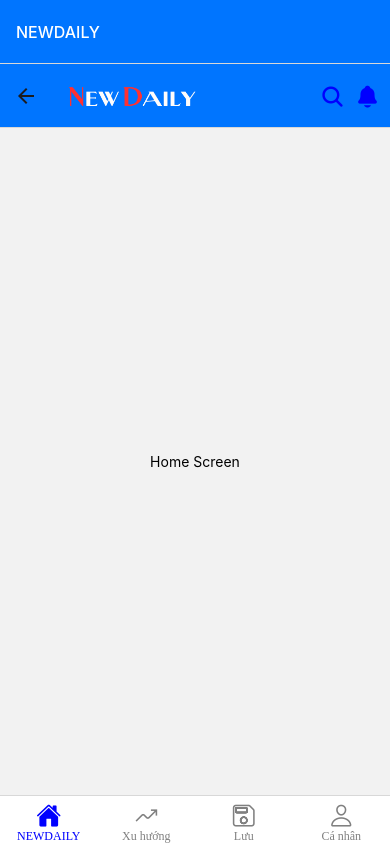
Repository: Quynhhuong150322/New_Daily
Screen: /BottomTab
These files come from the project's save history. The screen is drawn as it stood at one moment and after the next save; the edit follows.
The app was drawn by React Native's web renderer in a window 390 px wide. The project was rebuilt for these pictures with package versions that can differ from the ones it lists, and the page was loaded fresh each time. Also part of the build but not shown: firebase.js, screens/Login.js, screens/Signup.js, screens/Trending.js, screens/Save.js, components/Divider.js, components/Tab.js, screens/Profile.js and 4 more.

Above is the screen before, as saved 2023-12-20 06:14:24.

After the next save:
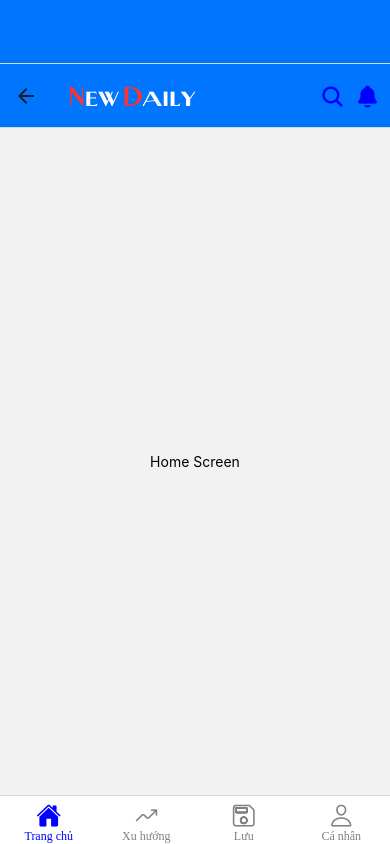
Saved 24 s later.
--- a/screens/ButtomTab.js
+++ b/screens/ButtomTab.js
@@ -39,7 +39,7 @@
         >
             <Tab.Screen name="Trang chủ" component={Home}
                 options={{
-                    title: 'NEWDAILY',
+                    // title: 'NEWDAILY',
                     headerStyle: {
                     backgroundColor: '#0075FF',
 
@@ -47,7 +47,7 @@
                     headerTitleStyle: {
                     color: 'white',
                     fontSize: 16,
-                    paddingTop: 0,
+                    paddingTop: 60,
                     marginLeft: 0
                     },
                     // headerTitleAlign: 'center',
